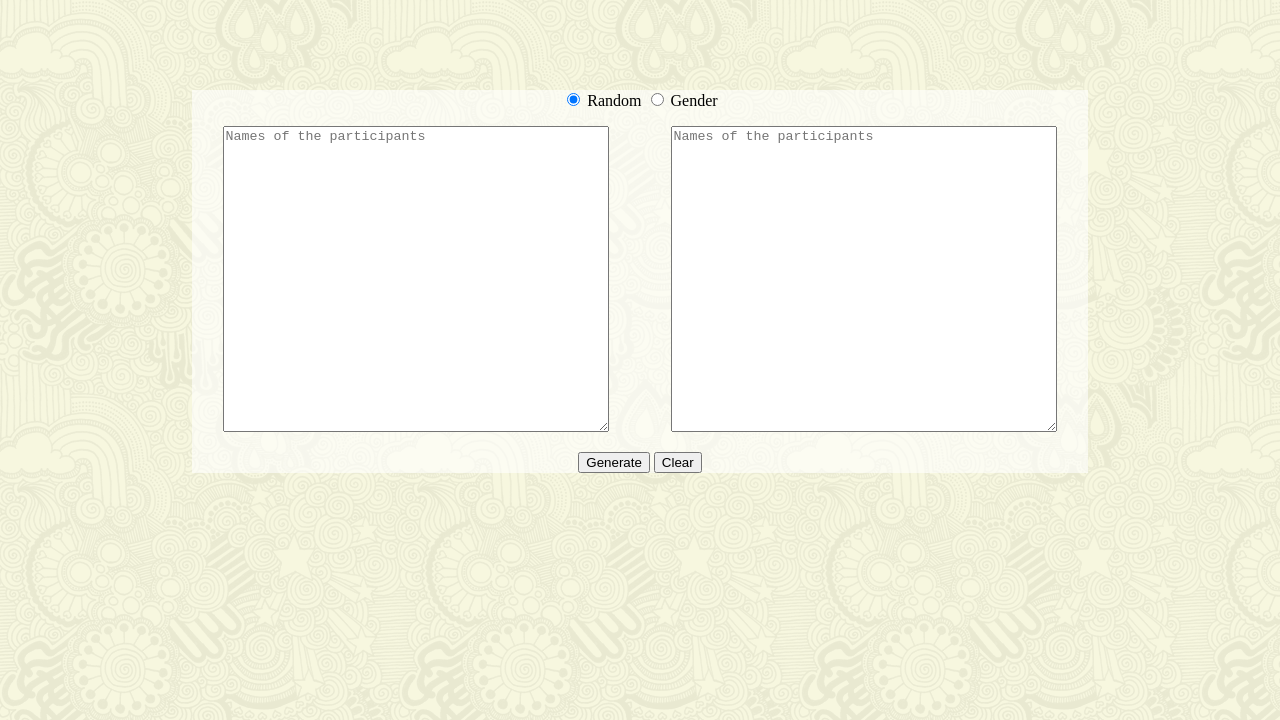
Repository: Maxenboy/Computer-Engineering-BA-A-Web-Programming-with-HTML5-CSS3-and-JavaScript-DT146G
Page: Mittuniversitet/TeamGenerator/index.html
The author's editor kept a copy of each file at every save. The page is drawn from the files as they stood at one save, then again after the next save.
The browser window is 1280 px wide. The pictures show the whole page.

Above is the page before, as saved 2014-09-22 17:46:17.
Console error: ReferenceError: init is not defined

After the next save:
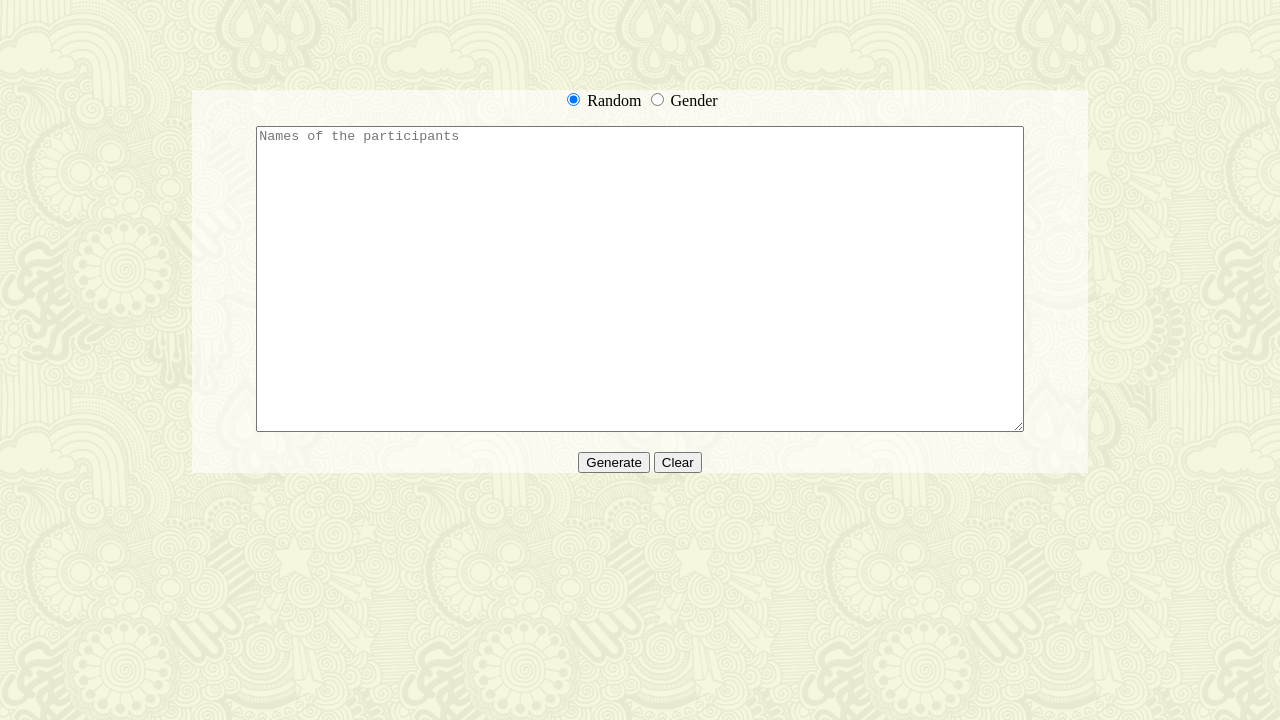
Saved 17 s later.
--- a/Mittuniversitet/TeamGenerator/index.html
+++ b/Mittuniversitet/TeamGenerator/index.html
@@ -21,7 +21,7 @@
 					<input type="radio" value="random" name="foo" id="gender">
 					Gender
 				</p>
-				<div id="wrapper">
+				<div id="wrapper" class="hidden">
 					<div >
 					<textarea cols="5" rows="20" wrap="physical" id="men" placeholder="Names of the participants" ></textarea>
 					</div>
@@ -29,7 +29,7 @@
 					<textarea cols="5" rows="20" wrap="physical" id="women" placeholder="Names of the participants" ></textarea>
 					</div>
 				</div>
-				<div id="wrapper1" class="hidden">
+				<div id="wrapper1" >
 					<div >
 					<textarea cols="5" rows="20" wrap="physical" id="randomnames" placeholder="Names of the participants" ></textarea>
 					</div>
